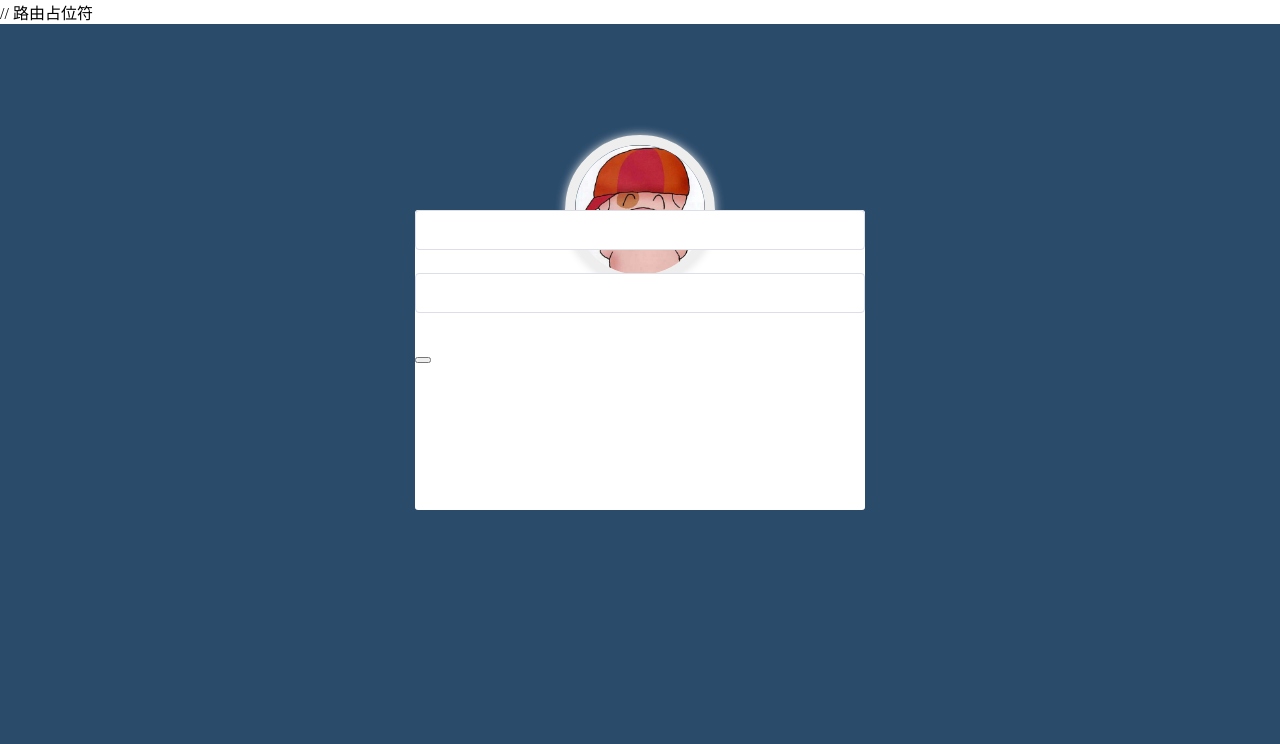
Repository: Japcy/onetwothree
Page: /
The author's editor kept a copy of each file at every save. The page is drawn from the files as they stood at one save, then again after the next save.
The browser window is 1280 px wide. The pictures show the whole page.
The project was rebuilt for these pictures with package versions that can differ from the ones it lists, and the page was loaded fresh each time.

Above is the page before, as saved 2020-02-28 23:58:27.

After the next save:
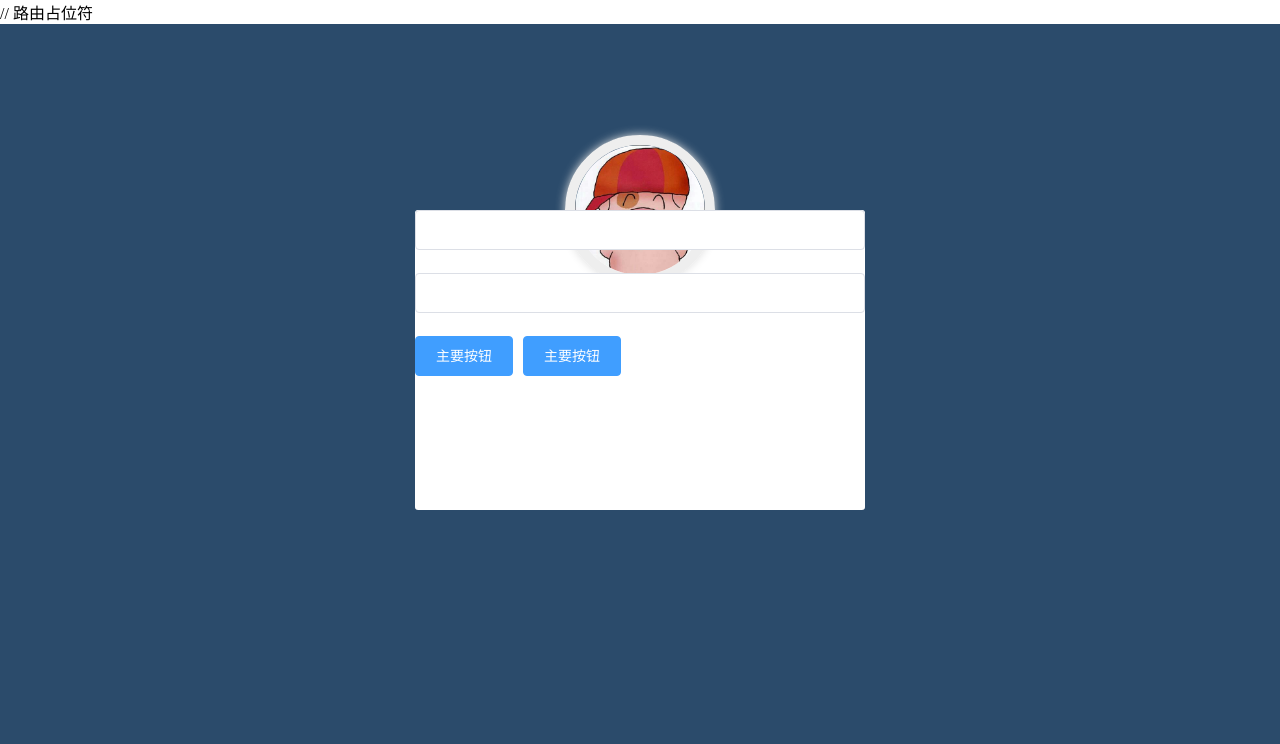
Saved 116 s later.
--- a/src/components/Login.vue
+++ b/src/components/Login.vue
@@ -17,7 +17,8 @@
           </el-form-item>
           <!-- 按钮区域 -->
           <el-form-item>
-            <button></button>
+            <el-button type="primary">主要按钮</el-button>
+            <el-button type="primary">主要按钮</el-button>
           </el-form-item>
         </el-form>
       </div>
